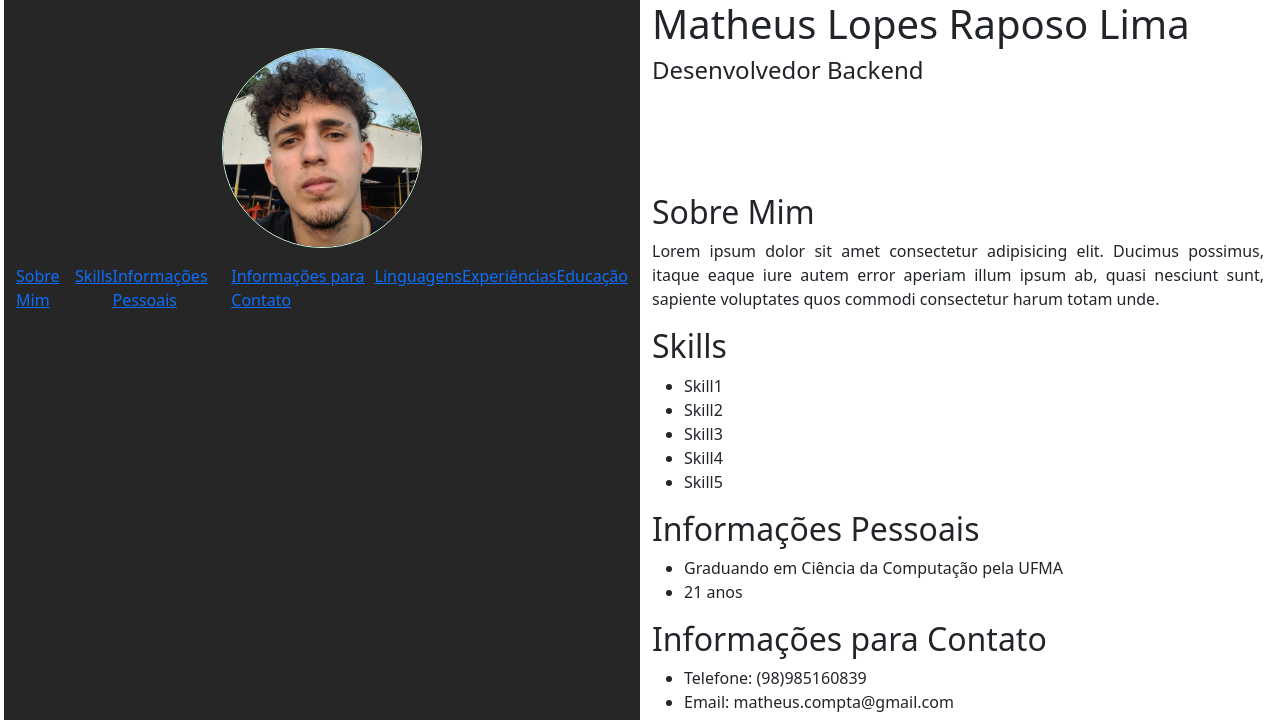
Repository: MaatheusRaposo/Curriculo_Web
Page: index.html
The author's editor kept a copy of each file at every save. The page is drawn from the files as they stood at one save, then again after the next save.
The browser window is 1280 px wide. The pictures show the whole page.
An inner scrolling area shows only its first screen.

Above is the page before, as saved 2026-05-28 01:43:28.

After the next save:
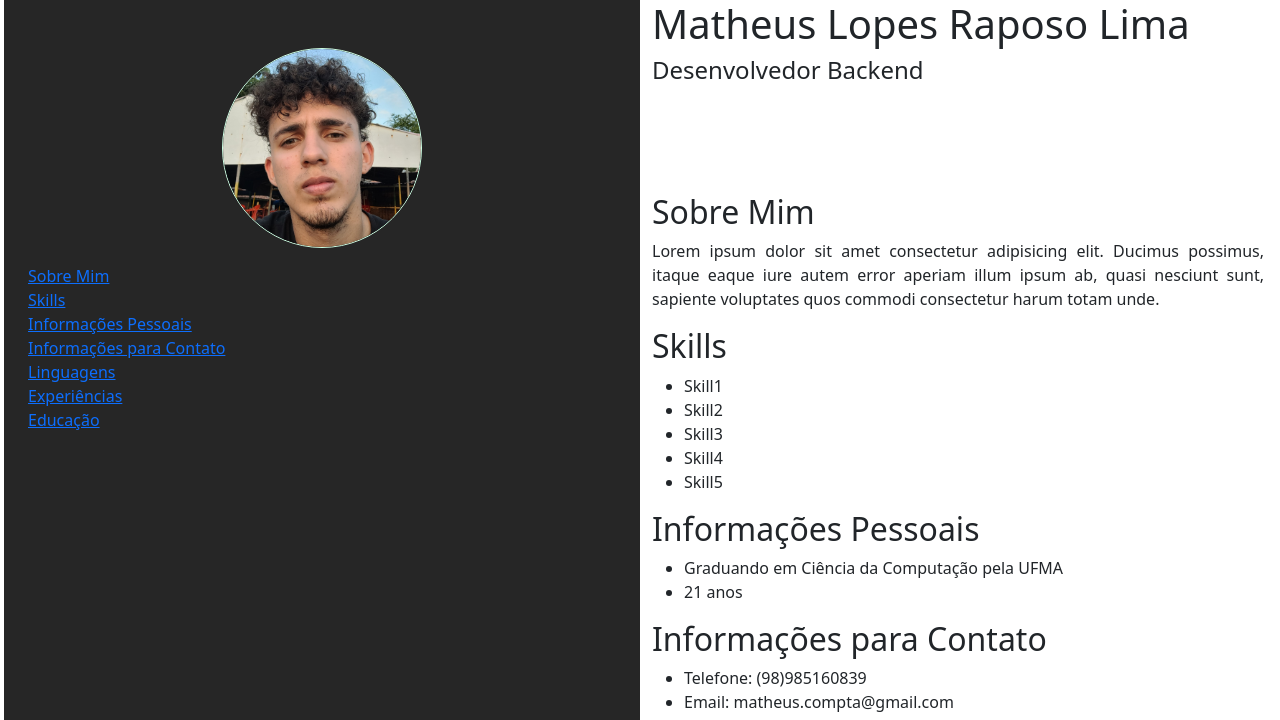
Saved 52 s later.
--- a/index.html
+++ b/index.html
@@ -14,7 +14,7 @@
                 <div class="d-flex justify-content-center align-items-center pt-5">
                     <img class="foto-perfil position-relative mb-3" src="assets/images/20230725_175129.jpg" alt="">
                 </div>
-                <div class="d-flex align-center">
+                <div class="container justify-content-center">
                     <a href="#sobreMim">Sobre Mim</a> <br>
                     <a href="#Skills">Skills</a> <br>
                     <a href="#infoPessoal">Informações Pessoais</a> <br>
